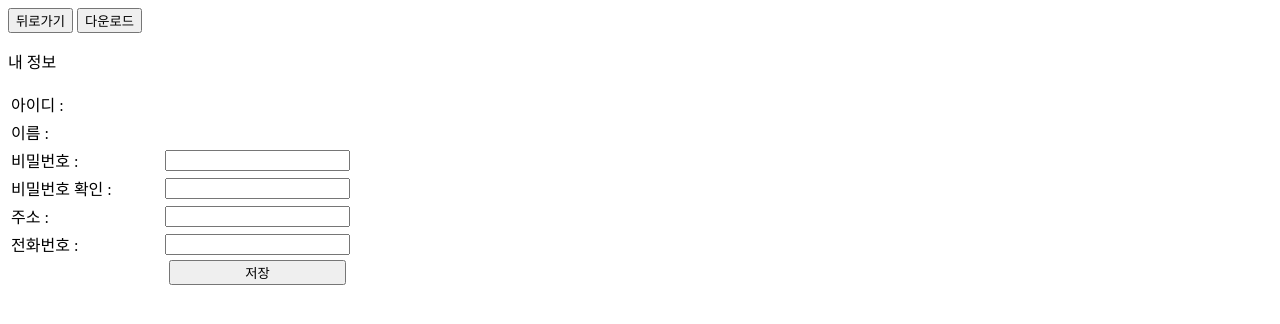
Repository: Ji-wonLee/book_store
Page: http://localhost/sms/WEB-INF/user/myInfo.jsp
The author's editor kept a copy of each file at every save. The page is drawn from the files as they stood at one save, then again after the next save.
The browser window is 1280 px wide. The pictures show the whole page.
The page is served by Tomcat 9. Nobody is signed in. The template is opened directly, without the code that normally fills it, so the values that code supplies are empty.

Above is the page before, as saved 2024-05-30 05:13:36.

After the next save:
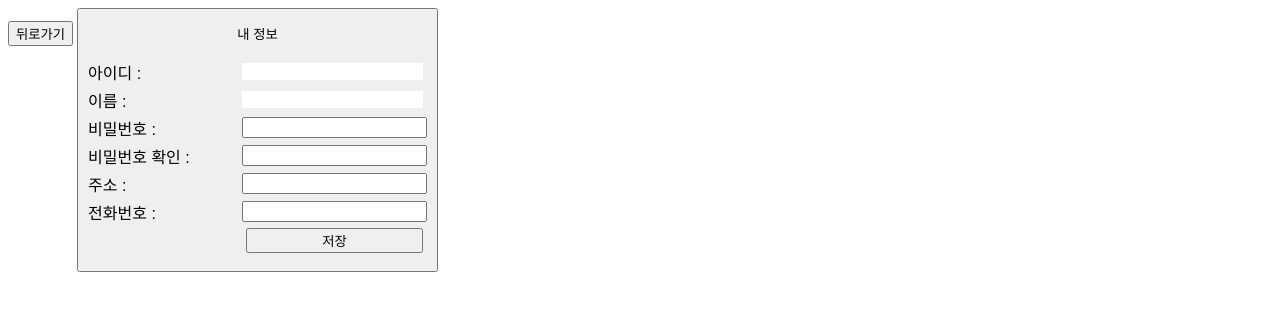
Saved 13 s later.
--- a/sms/src/main/webapp/WEB-INF/user/myInfo.jsp
+++ b/sms/src/main/webapp/WEB-INF/user/myInfo.jsp
@@ -5,7 +5,7 @@
 	<head>
 		<title>회원 가입</title>
 		<button onclick="history.back()" type="submit">뒤로가기</button>
-		<button onclick="history.back()" type="button" value="다운로드" onclick="download()">다운로드</button>
+		<button onclick="history.back()" type="button" value="다운로드" onclick="download()"/>
 	</head>
 	<script type="text/javascript">
 		function checkForm(){

After the save that followed:
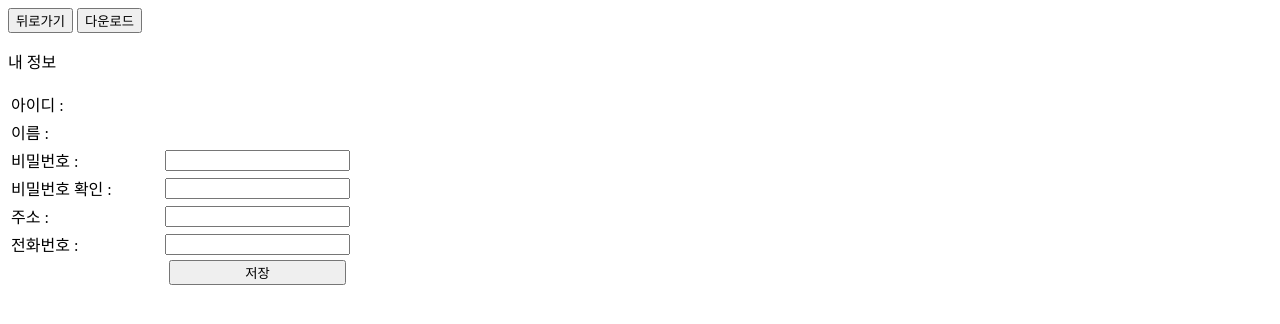
Saved 6 s later.
--- a/sms/src/main/webapp/WEB-INF/user/myInfo.jsp
+++ b/sms/src/main/webapp/WEB-INF/user/myInfo.jsp
@@ -5,7 +5,7 @@
 	<head>
 		<title>회원 가입</title>
 		<button onclick="history.back()" type="submit">뒤로가기</button>
-		<button onclick="history.back()" type="button" value="다운로드" onclick="download()"/>
+		<input onclick="history.back()" type="button" value="다운로드" onclick="download()"/>
 	</head>
 	<script type="text/javascript">
 		function checkForm(){
